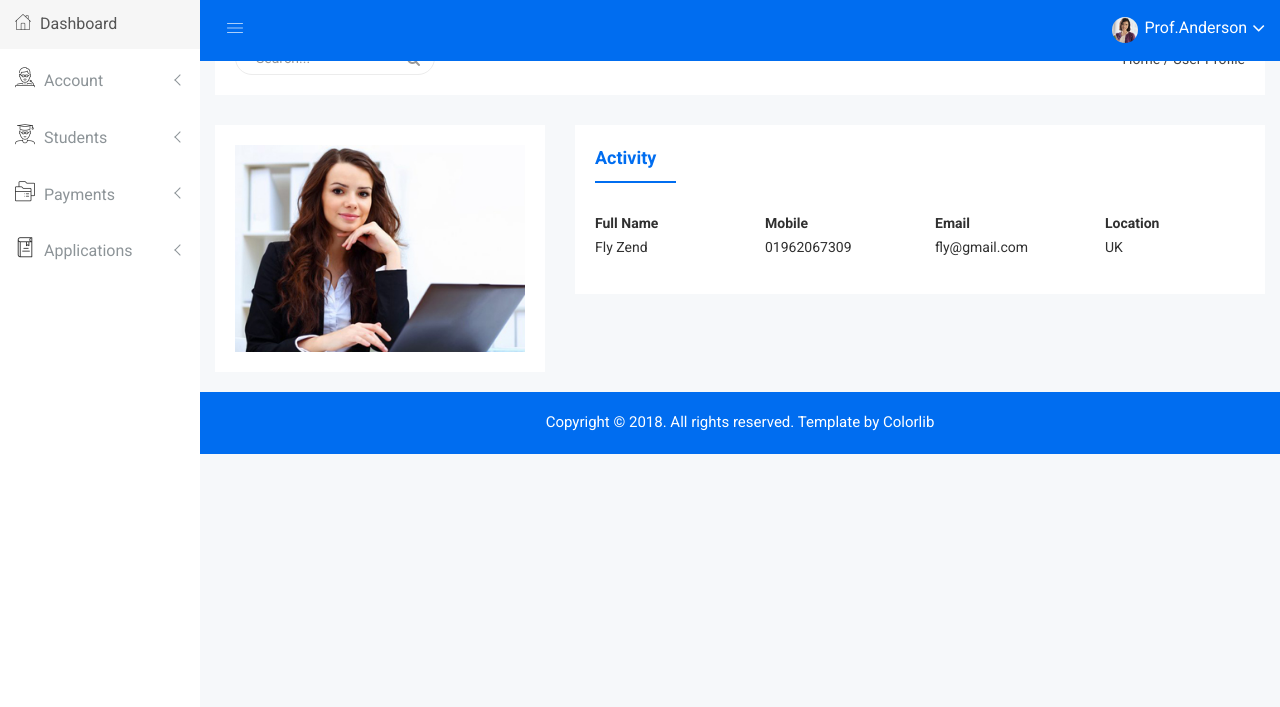
Repository: walterjnr1/crowdfunding-system
Page: http://localhost/Admin/user_profile.php
An editor plug-in stored every save of this project. The page is shown before and after the next save, followed by the edit.
The browser window is 1280 px wide. The pictures show the whole page.
The page is run by PHP 8.4 with error messages shown; the project is at /var/www/html/.

Above is the page before, as saved 2025-02-20 12:25:23.

After the next save:
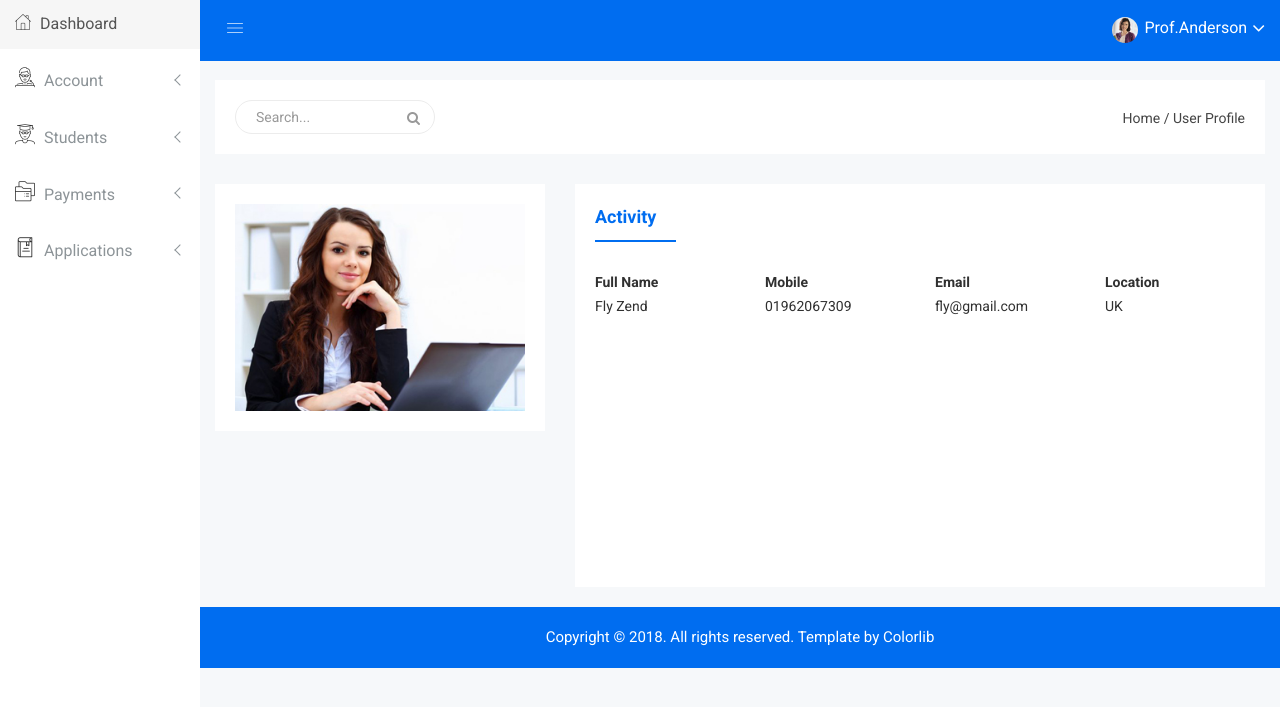
Saved 29 s later.
--- a/Admin/user_profile.php
+++ b/Admin/user_profile.php
@@ -29,8 +29,8 @@
             <div class="row">
                 <div class="col-lg-12 col-md-12 col-sm-12 col-xs-12">
                     <div class="logo-pro">
-                        <a href="index.php"></a>
-                        </div>
+                        <a href="index.php"><img class="main-logo" src="img/logo/logo.png" alt="" /></a>
+                    </div>
                 </div>
             </div>
         </div>
@@ -130,6 +130,12 @@
                                                     <div class="col-lg-3 col-md-3 col-sm-3 col-xs-6">
                                                         <div class="address-hr biography">
                                                             <p><b>Location</b><br /> UK</p>
+                                                            <p>&nbsp;</p>
+                                                            <p>&nbsp;</p>
+                                                            <p>&nbsp;</p>
+                                                            <p>&nbsp;</p>
+                                                            <p>&nbsp;</p>
+                                                            <p>&nbsp;</p>
                                                         </div>
                                                     </div>
                                                 </div>
